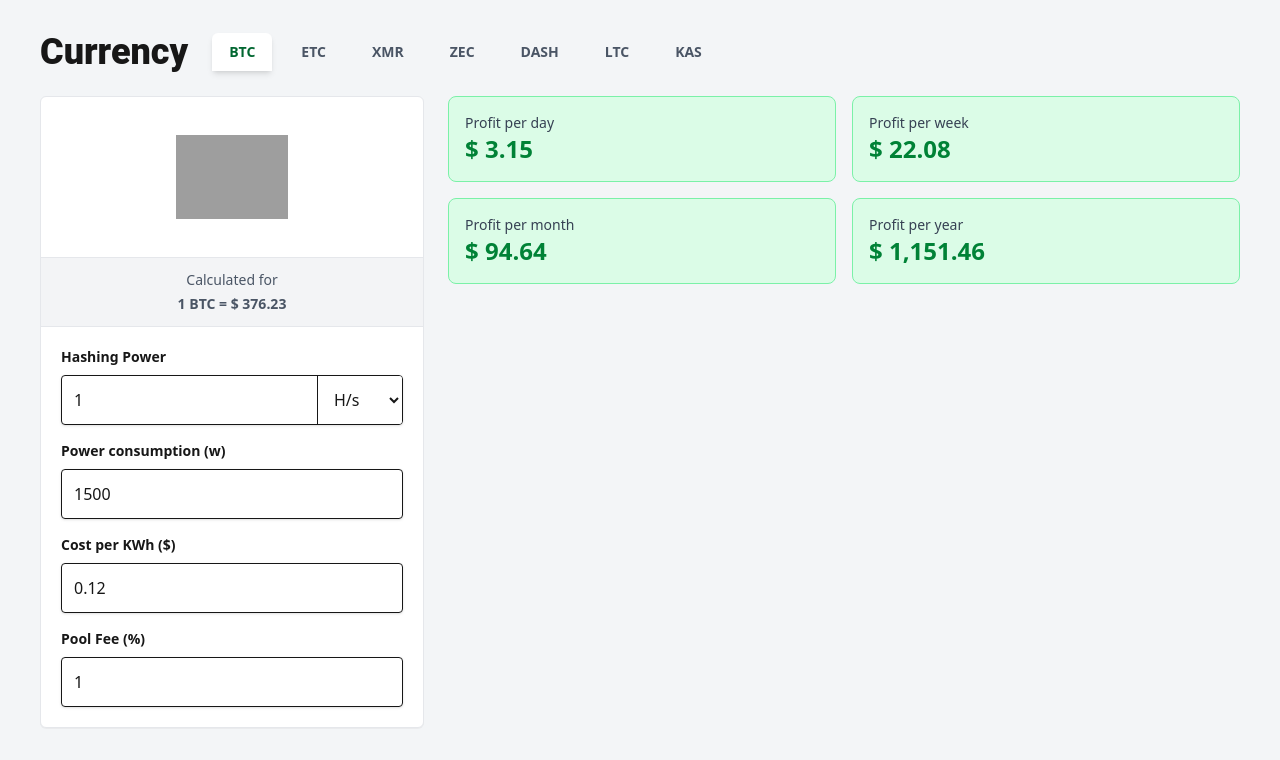
Repository: Bilal-Ahmad-CodeMaster/crypto-proj
Page: /
The author's editor kept a copy of each file at every save. The page is drawn from the files as they stood at one save, then again after the next save.
The browser window is 1280 px wide. The pictures show the whole page.
Pictures or frames that could not be fetched are drawn as grey boxes. The project was rebuilt for these pictures with package versions that can differ from the ones it lists, and the page was loaded fresh each time. The framework's server and built-in components were replaced by stand-ins that run in the browser. Also part of the build but not shown: next.config.ts.

Above is the page before, as saved 2025-11-25 21:10:49.

### src/app/layout.tsx
import './globals.css'
import React from 'react'


export const metadata = {
  title: 'Mining Dashboard',
}


export default function RootLayout({ children }: { children: React.ReactNode }) {
  return (
    <html lang="en">
      <body>
        {children}
      </body>
    </html>
  )
}

### src/app/page.tsx
'use client'
import React, { useState } from 'react'
import Tabs from './components/Tabs'
import HashingForm from './components/HashingForm'
import ResultCards from './components/ResultCards'


const currencies = [
  { id: 'btc', label: 'BTC' },
  { id: 'etc', label: 'ETC' },
  { id: 'xmr', label: 'XMR' },
  { id: 'zec', label: 'ZEC' },
  { id: 'dash', label: 'DASH' },
  { id: 'ltc', label: 'LTC' },
  { id: 'kas', label: 'KAS' }
]


export default function Page() {
  const [active, setActive] = useState('btc')


  return (
    <main className="min-h-screen p-8 bg-[#f3f5f7]">
      <div className="max-w-[1200px] mx-auto">
        <header className="flex items-center gap-6 mb-6">
          <h1 className="text-4xl font-extrabold" style={{ fontFamily: '"Lobster", Roboto, Arial' }}>
            Currency
          </h1>
          <nav className="flex-1">
            <Tabs active={active} setActive={setActive} tabs={currencies} />
          </nav>
        </header>


        <div className="grid grid-cols-1 lg:grid-cols-3 gap-6">
          <div>
            <HashingForm active={active} />
          </div>


          <div className="lg:col-span-2">
            <ResultCards active={active} />
          </div>
        </div>
      </div>
    </main>
  )
}

### src/app/globals.css
@import "tailwindcss";

:root {
  --background: #ffffff;
  --foreground: #171717;
}

@theme inline {
  --color-background: var(--background);
  --color-foreground: var(--foreground);
  --font-sans: var(--font-geist-sans);
  --font-mono: var(--font-geist-mono);
}

@media (prefers-color-scheme: dark) {
  :root {
    --background: #0a0a0a;
    --foreground: #ededed;
  }
}

body {
  background: var(--background);
  color: var(--foreground);
  font-family: Arial, Helvetica, sans-serif;
}

html,
body,
#root {
  height: 100%;
}

/* Small helpers to match the design exactly */
body {
  @apply bg-gray-100 font-sans;
}

.tab-pill {
  @apply inline-flex items-center justify-center px-4 py-2 rounded-t-md border border-transparent text-sm font-semibold;
}

.left-card {
  border-radius: 6px;
  box-shadow: 0 1px 0 rgba(0, 0, 0, 0.04);
}

/* precise card shapes used for the profit rows */
.profit-left {
  border-top-left-radius: 10px;
  border-bottom-left-radius: 10px;
}
.profit-right {
  border-top-right-radius: 10px;
  border-bottom-right-radius: 10px;
}

### src/app/components/Tabs.tsx
'use client'
import React from 'react'


export default function Tabs({ active, setActive, tabs }: { active: string; setActive: (s: string) => void; tabs: { id: string; label: string }[] }) {
    return (
        <div className="flex gap-3 items-end">
            {tabs.map(t => (
                <button
                    key={t.id}
                    onClick={() => setActive(t.id)}
                    className={`tab-pill ${active === t.id ? 'bg-white border-gray-200 shadow-md text-green-800' : 'text-gray-600 hover:text-gray-800'}`}
                    style={{ minWidth: 56 }}
                >
                    {t.label}
                </button>
            ))}
        </div>
    )
}

### src/app/components/HashingForm.tsx
'use client'
import React from 'react'


export default function HashingForm({ active }: { active: string }) {
    return (
        <div className="bg-white left-card border border-gray-200 p-0 rounded-lg overflow-hidden">
            <div className="p-6 border-b border-gray-200 flex items-center justify-center">
                <img src="/mnt/data/e5285455-4dbc-4279-8451-173fa5b90afe.png" alt="logo" className="w-28 h-28 object-contain" />
            </div>


            <div className="bg-gray-100 text-center py-3 text-sm text-gray-600 border-b border-gray-200">
                Calculated for
                <div className="font-semibold mt-1">1 {active.toUpperCase()} = $ 376.23</div>
            </div>


            <div className="p-5">
                <div className="mb-4">
                    <label className="block text-sm font-semibold mb-2">Hashing Power</label>
                    <div className="flex border rounded shadow-sm overflow-hidden">
                        <input type="number" defaultValue={1} className="w-full p-3 outline-none" />
                        <select className="p-3 bg-white border-l">
                            <option>H/s</option>
                            <option>KH/s</option>
                            <option>MH/s</option>
                            <option>GH/s</option>
                            <option>TH/s</option>
                        </select>
                    </div>
                </div>


                <div className="mb-4">
                    <label className="block text-sm font-semibold mb-2">Power consumption (w)</label>
                    <input className="w-full p-3 border rounded shadow-sm" defaultValue={1500} />
                </div>


                <div className="mb-4">
                    <label className="block text-sm font-semibold mb-2">Cost per KWh ($)</label>
                    <input className="w-full p-3 border rounded shadow-sm" defaultValue={0.12} />
                </div>


                <div>
                    <label className="block text-sm font-semibold mb-2">Pool Fee (%)</label>
                    <input className="w-full p-3 border rounded shadow-sm" defaultValue={1} />
                </div>
            </div>
        </div>
    )
}

### src/app/components/ResultCards.tsx
export default function ResultCards() {
    const items = [
        { label: "Profit per day", value: "$ 3.15" },
        { label: "Profit per week", value: "$ 22.08" },
        { label: "Profit per month", value: "$ 94.64" },
        { label: "Profit per year", value: "$ 1,151.46" },
    ];

    return (
        <div className="grid gap-4 w-full lg:grid-cols-2">
            {items.map((i) => (
                <div key={i.label} className="bg-green-100 border border-green-300 rounded-lg p-4">
                    <div className="text-gray-700 text-sm">{i.label}</div>
                    <div className="text-2xl font-semibold text-green-700">{i.value}</div>
                </div>
            ))}
        </div>
    );
}

After the next save:
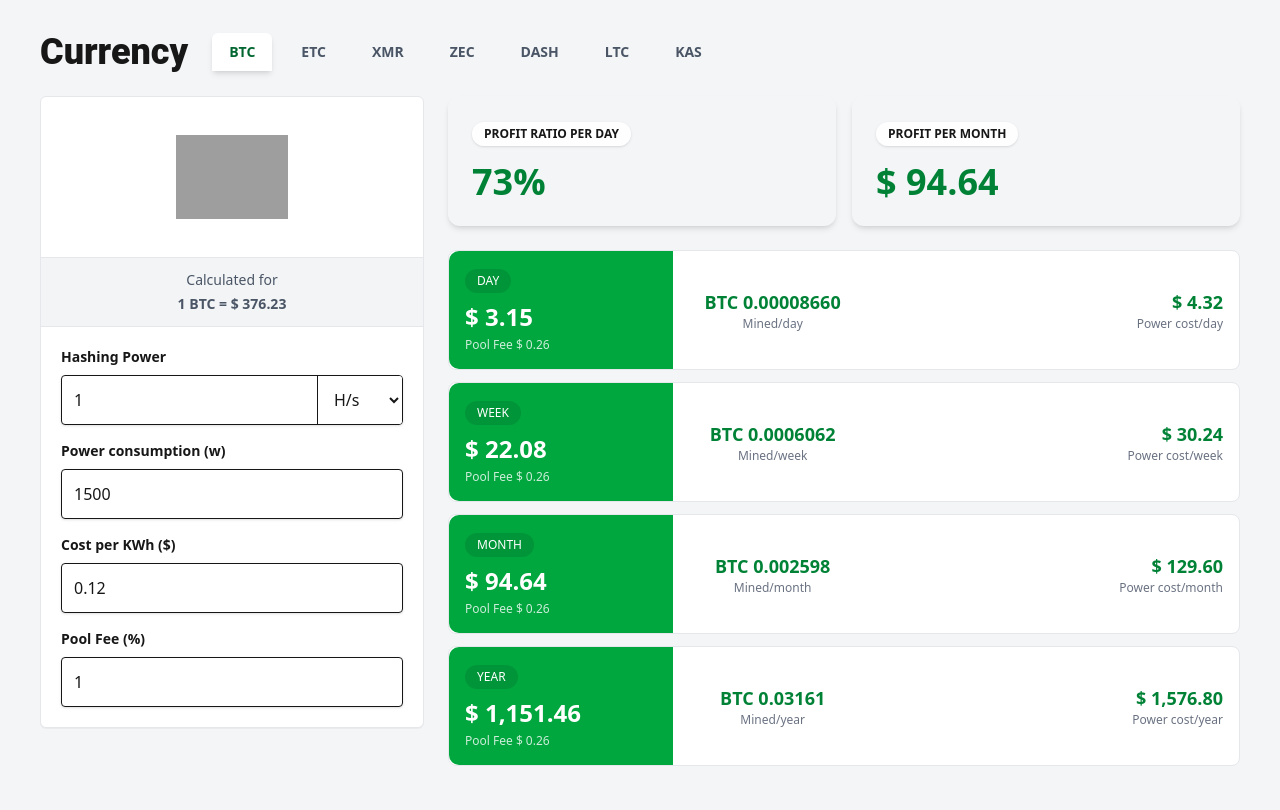
Saved 40 s later.
--- a/src/app/components/ResultCards.tsx
+++ b/src/app/components/ResultCards.tsx
@@ -1,19 +1,59 @@
-export default function ResultCards() {
-    const items = [
-        { label: "Profit per day", value: "$ 3.15" },
-        { label: "Profit per week", value: "$ 22.08" },
-        { label: "Profit per month", value: "$ 94.64" },
-        { label: "Profit per year", value: "$ 1,151.46" },
-    ];
+'use client'
+import React from 'react'
+
+
+function StatRow({ title, money, mined, powerCost, positive = true }: any) {
+    return (
+        <div className="mb-3 rounded-lg overflow-hidden flex border border-gray-200 bg-white">
+            <div className={`w-56 p-4 text-white ${positive ? 'bg-green-600' : 'bg-red-600'} profit-left`}>
+                <div className="text-xs uppercase bg-black/10 inline-block px-3 py-1 rounded-full mb-2">{title}</div>
+                <div className="text-2xl font-bold">{money}</div>
+                <div className="text-xs mt-1 opacity-80">Pool Fee $ 0.26</div>
+            </div>
+
+
+            <div className="flex-1 p-4 grid grid-cols-3 items-center gap-4">
+                <div className="text-center">
+                    <div className={`text-lg font-semibold ${positive ? 'text-green-700' : 'text-red-600'}`}>{mined}</div>
+                    <div className="text-xs text-gray-500">Mined/{title.toLowerCase()}</div>
+                </div>
+                <div className="text-right col-span-2">
+                    <div className={`text-lg font-semibold ${positive ? 'text-green-700' : 'text-red-600'}`}>{powerCost}</div>
+                    <div className="text-xs text-gray-500">Power cost/{title.toLowerCase()}</div>
+                </div>
+            </div>
+        </div>
+    )
+}
+
+
+export default function ResultCards({ active }: { active: string }) {
+    // Example positive/negative toggles per currency
+    const positive = active !== 'etc'
+
 
     return (
-        <div className="grid gap-4 w-full lg:grid-cols-2">
-            {items.map((i) => (
-                <div key={i.label} className="bg-green-100 border border-green-300 rounded-lg p-4">
-                    <div className="text-gray-700 text-sm">{i.label}</div>
-                    <div className="text-2xl font-semibold text-green-700">{i.value}</div>
+        <div>
+            <div className="grid grid-cols-2 gap-4 mb-6">
+                <div className={`rounded-xl p-6 shadow-md ${positive ? 'bg-paleGreen' : 'bg-paleRed'}`}>
+                    <div className="text-xs font-semibold bg-white/90 inline-block px-3 py-1 rounded-full shadow">PROFIT RATIO PER DAY</div>
+                    <div className={`text-4xl font-bold mt-4 ${positive ? 'text-green-700' : 'text-red-700'}`}>{positive ? '73%' : '-70%'}</div>
                 </div>
-            ))}
+
+
+                <div className={`rounded-xl p-6 shadow-md ${positive ? 'bg-paleGreen' : 'bg-paleRed'}`}>
+                    <div className="text-xs font-semibold bg-white/90 inline-block px-3 py-1 rounded-full shadow">PROFIT PER MONTH</div>
+                    <div className={`text-4xl font-bold mt-4 ${positive ? 'text-green-700' : 'text-red-700'}`}>{positive ? '$ 94.64' : '$ -90.66'}</div>
+                </div>
+            </div>
+
+
+            <div>
+                <StatRow title="Day" money="$ 3.15" mined="BTC 0.00008660" powerCost="$ 4.32" positive={positive} />
+                <StatRow title="Week" money="$ 22.08" mined="BTC 0.0006062" powerCost="$ 30.24" positive={positive} />
+                <StatRow title="Month" money="$ 94.64" mined="BTC 0.002598" powerCost="$ 129.60" positive={positive} />
+                <StatRow title="Year" money="$ 1,151.46" mined="BTC 0.03161" powerCost="$ 1,576.80" positive={positive} />
+            </div>
         </div>
-    );
+    )
 }
